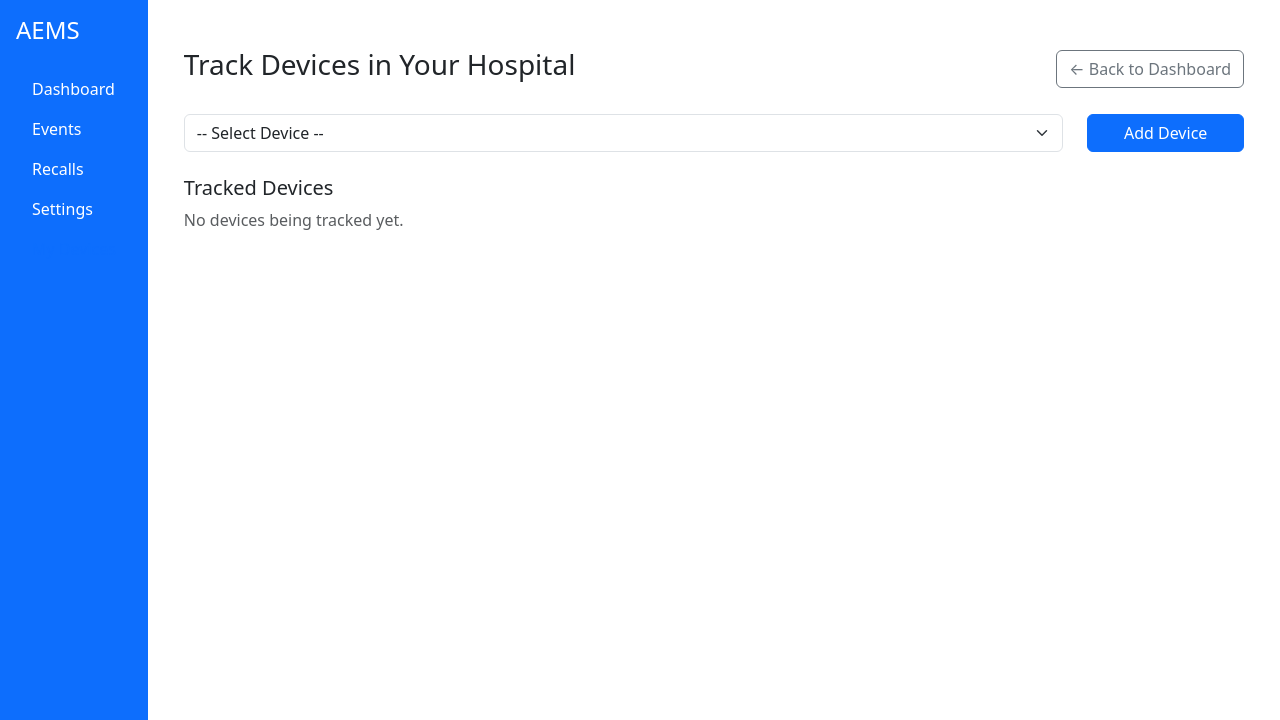
Repository: Sarary2/AEMS_2MVP
Page: /tracked (app in frontend/AEMS/)
The author's editor kept a copy of each file at every save. The page is drawn from the files as they stood at one save, then again after the next save.
The browser window is 1280 px wide. The pictures show the whole page.
The page's requests for data from a server got no answer. The project was rebuilt for these pictures with package versions that can differ from the ones it lists, and the page was loaded fresh each time. No one was signed in, and anything a server would have sent is missing. Also part of the build but not shown: frontend/AEMS/vite.config.js, frontend/AEMS/src/components/StatCard.jsx, frontend/AEMS/src/components/DeviceRow.jsx, frontend/AEMS/src/components/StatusChart.jsx, frontend/AEMS/src/components/EventsChart.jsx, frontend/AEMS/src/pages/Dashboard.jsx, frontend/AEMS/src/pages/Events.jsx, frontend/AEMS/src/firebase.js and 2 more.

Above is the page before, as saved 2025-05-06 08:29:58.

After the next save:
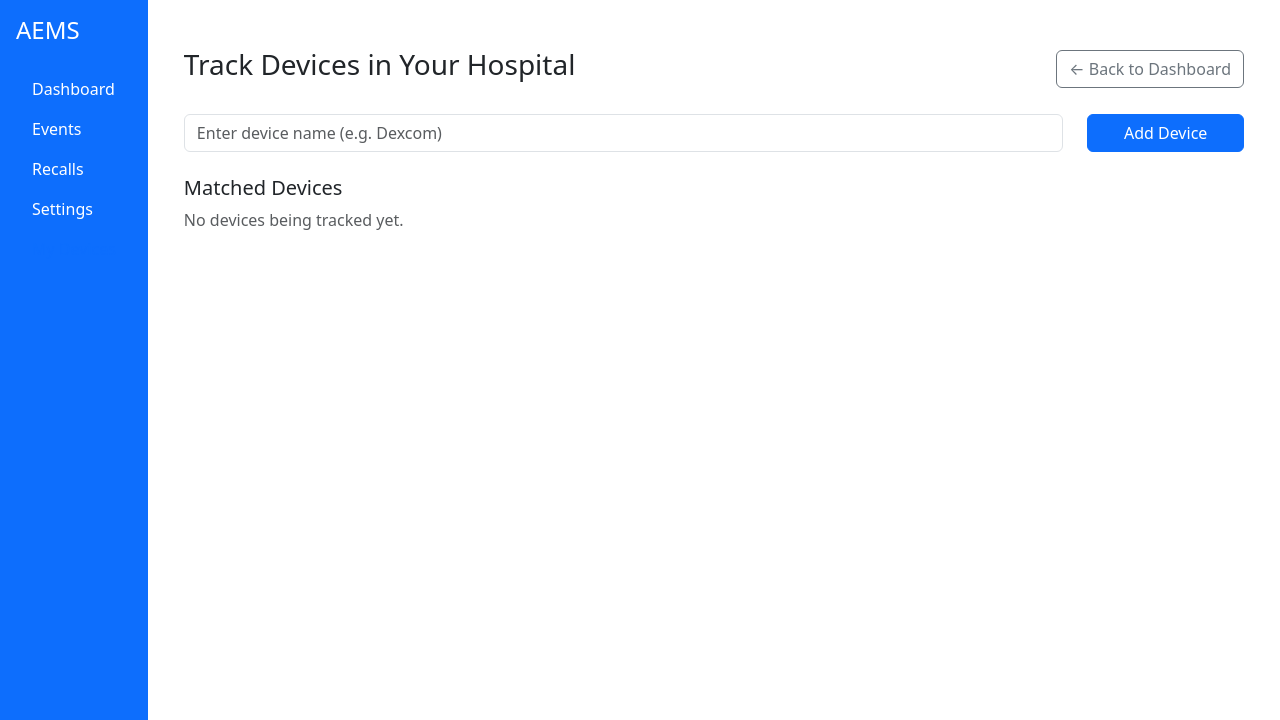
Saved 2 min 44 s later.
--- a/frontend/AEMS/src/pages/TrackedDevices.jsx
+++ b/frontend/AEMS/src/pages/TrackedDevices.jsx
@@ -2,36 +2,47 @@ import { useEffect, useState } from 'react';
 import { useNavigate } from 'react-router-dom';
 
 export default function TrackedDevices() {
-  const [allDevices, setAllDevices] = useState([]);
+  const [deviceInput, setDeviceInput] = useState('');
   const [tracked, setTracked] = useState(() =>
     JSON.parse(localStorage.getItem('trackedDevices') || '[]')
   );
-  const [selected, setSelected] = useState('');
+  const [matched, setMatched] = useState([]);
   const navigate = useNavigate();
 
-  useEffect(() => {
-    fetch('http://localhost:5001/api/devices/all')
-      .then(res => res.json())
-      .then(data => setAllDevices(data))
-      .catch(err => console.error('Failed to load devices', err));
-  }, []);
+  const normalize = (str) => str.trim().toLowerCase();
 
   const handleAdd = () => {
-    if (!selected || tracked.find(d => d.deviceName === selected)) return;
-    const found = allDevices.find(d => d.deviceName === selected);
-    if (found) {
-      const updated = [...tracked, found];
-      setTracked(updated);
-      localStorage.setItem('trackedDevices', JSON.stringify(updated));
-      setSelected('');
-    }
+    const name = normalize(deviceInput);
+    if (!name || tracked.includes(name)) return;
+
+    const updated = [...tracked, name];
+    setTracked(updated);
+    localStorage.setItem('trackedDevices', JSON.stringify(updated));
+    setDeviceInput('');
   };
 
   const handleRemove = (name) => {
-    const updated = tracked.filter(d => d.deviceName !== name);
+    const updated = tracked.filter(d => d !== name);
     setTracked(updated);
     localStorage.setItem('trackedDevices', JSON.stringify(updated));
   };
+
+  useEffect(() => {
+    if (tracked.length === 0) {
+      setMatched([]);
+      return;
+    }
+
+    fetch('http://localhost:5001/api/devices/all')
+      .then(res => res.json())
+      .then(data => {
+        const filtered = data.filter(d =>
+          tracked.some(t => d.deviceName.toLowerCase().includes(t))
+        );
+        setMatched(filtered);
+      })
+      .catch(err => console.error('Match fetch failed', err));
+  }, [tracked]);
 
   return (
     <div className="container mt-4">
@@ -44,18 +55,12 @@ export default function TrackedDevices() {
 
       <div className="row mb-4">
         <div className="col-md-10">
-          <select
-            className="form-select"
-            value={selected}
-            onChange={e => setSelected(e.target.value)}
-          >
-            <option value="">-- Select Device --</option>
-            {allDevices.map((d, i) => (
-              <option key={i} value={d.deviceName}>
-                {d.deviceName}
-              </option>
-            ))}
-          </select>
+          <input
+            placeholder="Enter device name (e.g. Dexcom)"
+            className="form-control"
+            value={deviceInput}
+            onChange={e => setDeviceInput(e.target.value)}
+          />
         </div>
         <div className="col-md-2">
           <button className="btn btn-primary w-100" onClick={handleAdd}>
@@ -64,8 +69,8 @@ export default function TrackedDevices() {
         </div>
       </div>
 
-      <h5>Tracked Devices</h5>
-      {tracked.length > 0 ? (
+      <h5>Matched Devices</h5>
+      {matched.length > 0 ? (
         <table className="table table-bordered">
           <thead className="table-light">
             <tr>
@@ -77,18 +82,27 @@ export default function TrackedDevices() {
             </tr>
           </thead>
           <tbody>
-            {tracked.map((d, i) => (
+            {matched.map((d, i) => (
               <tr key={i}>
                 <td>{d.deviceName}</td>
                 <td>{d.model}</td>
                 <td>
-                  <span className={`badge bg-${statusColor(d.status)}`}>{d.status}</span>
+                  <span className={`badge bg-${statusColor(d.status)}`}>
+                    {d.status}
+                  </span>
                 </td>
                 <td>
-                  <span className={`badge bg-${statusColor(d.harmStatus)}`}>{d.harmStatus}</span>
+                  <span className={`badge bg-${statusColor(d.harmStatus)}`}>
+                    {d.harmStatus}
+                  </span>
                 </td>
                 <td>
-                  <button className="btn btn-sm btn-outline-danger" onClick={() => handleRemove(d.deviceName)}>
+                  <button
+                    className="btn btn-sm btn-outline-danger"
+                    onClick={() => handleRemove(
+                      tracked.find(t => d.deviceName.toLowerCase().includes(t))
+                    )}
+                  >
                     Remove
                   </button>
                 </td>
